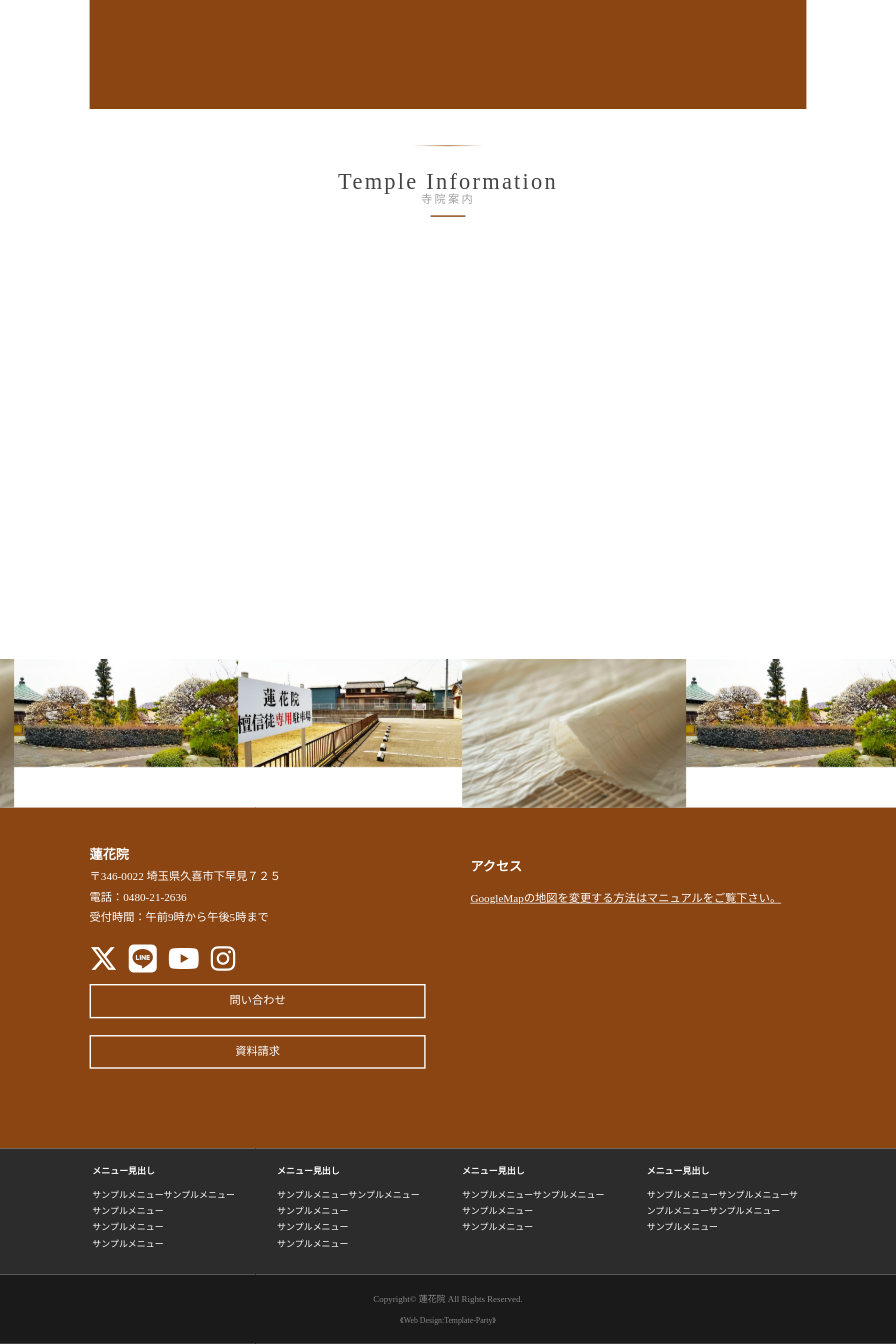
Repository: owl-onoueip/rengein-website
Page: index_en.html
These files come from the project's save history. The page is drawn as it stood at one moment and after the next save; the edit follows.
The browser window is 1280 px wide. The pictures show the part of the page from y = 2734 to 4654 px (the page is 4654 px tall), at 70% of full size.
Pictures or frames that could not be fetched are drawn as grey boxes. Some web fonts or font styles are not loaded; a fallback is used.

Above is the page before, as saved 2025-03-09 15:44:08.

### index_en.html
<!DOCTYPE html>
<html lang="en">

<head>
	<meta charset="UTF-8">
	<title>Renge-in Temple - Official Website</title>
	<meta name="viewport" content="width=device-width, initial-scale=1">
	<meta name="description" content="Welcome to Renge-in Temple, a place of peace and tradition.">
	<link rel="stylesheet" href="css/style.css">
</head>

<body class="home en">

	<div id="container">

		<header>

			<h1 id="logo">
				<a href="index_en.html"><img src="images/logo_yoko.png" alt="蓮花院"></a>
				<span class="small">Renge-in Temple</span>
			</h1>

			<div class="message">
				<p>Welcome to Renge-in Temple.</p>
				<p>Our temple has been<br>
					a place of spiritual comfort for the local community<br>
					since ancient times.</p>
				<p>We offer daily prayers and seasonal events<br>
					to bring peace to your heart.</p>
			</div>

			<!--メイン画像読み込み-->
			<aside id="mainimg">
			</aside>

			<ul class="lang">
				<li><a href="index_en.html">English</a></li>
			</ul>

		</header>

		<div id="contents">

			<main>

				<section>

					<h2>About Our Temple<span class="small">蓮花院について</span></h2>
					<p class="c">Renge-in Temple was established in the early Kamakura period (around 1190) and has a
						history of over 830 years.</p>

				</section>

				<section class="bg1">

					<h2>Annual Events<span class="small">年間行事</span></h2>

					<div class="list-grid1">

						<div class="list blur">
							<figure><a href="#"><img src="images/sample1.jpg" alt="Obon Festival"></a></figure>
							<div class="text">
								<h4>Obon Festival</h4>
								<p>From August 13th to 16th, we hold memorial services for ancestors. Please visit with
									your family for spirit altar decorations and grave visits.</p>
							</div>
							<p class="btn"><a href="#">See more</a></p>
						</div>

						<div class="list blur">
							<figure><a href="#"><img src="images/sample2.jpg" alt="Segaki Service"></a></figure>
							<div class="text">
								<h4>Segaki Service</h4>
								<p>On August 15th, we hold a memorial service for the souls of the deceased who have no
									living relatives to remember them and pray for world peace.</p>
							</div>
							<p class="btn"><a href="#">See more</a></p>
						</div>

						<div class="list blur">
							<figure><a href="#"><img src="images/sample3.jpg" alt="Monthly Memorial Service"></a>
							</figure>
							<div class="text">
								<h4>Monthly Memorial Service</h4>
								<p>On the 1st and 15th of each month, we hold memorial services for ancestors and pray
									for the health of your family.</p>
							</div>
							<p class="btn"><a href="#">See more</a></p>
						</div>

					</div>
					<!--/.list-grid1-->

				</section>

				<section>

					<h2>Temple Information<span class="small">寺院案内</span></h2>

					<div class="list-grid1">

						<div class="list blur">
							<figure><a href="#"><img src="images/sample1.jpg" alt="Temple Services"></a></figure>
							<div class="text">
								<h4>Temple Services</h4>
								<p>We offer various services including memorial services for ancestors and prayers for
									family health. Please feel free to contact us.</p>
							</div>
							<p class="btn"><a href="#">See more</a></p>
						</div>

						<div class="list blur">
							<figure><a href="#"><img src="images/sample2.jpg" alt="Temple Grounds"></a></figure>
							<div class="text">
								<h4>Temple Grounds</h4>
								<p>Our temple grounds include the main hall, pagoda, bell tower, and garden. Enjoy the
									peaceful atmosphere surrounded by nature throughout the seasons.</p>
							</div>
							<p class="btn"><a href="#">See more</a></p>
						</div>

						<div class="list blur">
							<figure><a href="#"><img src="images/sample3.jpg" alt="Access Information"></a></figure>
							<div class="text">
								<h4>Access Information</h4>
								<p>Located in Kuki City, Saitama Prefecture. 20 minutes walk from Kuki Station on the
									Tobu Isesaki Line, or 10 minutes by car from Kuki IC on the Tohoku Expressway.</p>
							</div>
							<p class="btn"><a href="#">See more</a></p>
						</div>

					</div>
					<!--/.list-grid1-->

				</section>

			</main>

		</div>
		<!--/#contents-->

	</div>
	<!--/#container-->

	<section>

		<h2 class="dn">Gallery</h2>

		<div class="thumbnail-slide">
			<a href="#"><img src="images/sample1.jpg" alt="Temple Main Hall"></a>
			<a href="#"><img src="images/sample2.jpg" alt="Temple Garden"></a>
			<a href="#"><img src="images/sample3.jpg" alt="Temple Bell"></a>
			<a href="#"><img src="images/sample1.jpg" alt="Temple Pagoda"></a>
			<a href="#"><img src="images/sample2.jpg" alt="Cherry Blossoms"></a>
			<a href="#"><img src="images/sample3.jpg" alt="Autumn Leaves"></a>
		</div>

	</section>

	<div id="footer-contents">

		<div class="left">

			<h3>蓮花院</h3>
			<p>〒346-0022 埼玉県久喜市下早見７２５<br>
				電話：0480-21-2636<br>
				受付時間：午前9時から午後5時まで</p>

			<ul class="icons">
				<li><a href="#"><i class="fa-brands fa-x-twitter"></i></a></li>
				<li><a href="#"><i class="fab fa-line"></i></a></li>
				<li><a href="#"><i class="fab fa-youtube"></i></a></li>
				<li><a href="#"><i class="fab fa-instagram"></i></a></li>
			</ul>

			<p class="btn"><a href="contact.html">問い合わせ</a></p>
			<p class="btn"><a href="contact.html">資料請求</a></p>

		</div>
		<!--/.left-->

		<div class="right">

			<h3>アクセス</h3>
			<p><a href="https://template-party.com/file/pickup_googlemap.html">GoogleMapの地図を変更する方法はマニュアルをご覧下さい。</a></p>
			<div class="iframe-box">
				<iframe
					src="https://www.google.com/maps/embed?pb=!1m18!1m12!1m3!1d3241.0448418561778!2d139.74267721573196!3d35.675897837870934!2m3!1f0!2f0!3f0!3m2!1i1024!2i768!4f13.1!3m3!1m2!1s0x60188b89b2e1c8b1%3A0x59a123e3d5ac5ab6!2z44CSMTAwLTAwMTQg5p2x5Lqs6YO95Y2D5Luj55Sw5Yy65rC455Sw55S677yR5LiB55uu77yX4oiS77yR!5e0!3m2!1sja!2sjp!4v1545036128899"
					frameborder="0" style="border:0" allowfullscreen></iframe>
			</div>

		</div>
		<!--/.right-->

	</div>
	<!--/#footer-contents-->

	<div id="footermenu">
		<ul>
			<li class="title">メニュー見出し</li>
			<li><a href="#">サンプルメニューサンプルメニュー</a></li>
			<li><a href="#">サンプルメニュー</a></li>
			<li><a href="#">サンプルメニュー</a></li>
			<li><a href="#">サンプルメニュー</a></li>
		</ul>
		<ul>
			<li class="title">メニュー見出し</li>
			<li><a href="#">サンプルメニューサンプルメニュー</a></li>
			<li><a href="#">サンプルメニュー</a></li>
			<li><a href="#">サンプルメニュー</a></li>
			<li><a href="#">サンプルメニュー</a></li>
		</ul>
		<ul>
			<li class="title">メニュー見出し</li>
			<li><a href="#">サンプルメニューサンプルメニュー</a></li>
			<li><a href="#">サンプルメニュー</a></li>
			<li><a href="#">サンプルメニュー</a></li>
		</ul>
		<ul>
			<li class="title">メニュー見出し</li>
			<li><a href="#">サンプルメニューサンプルメニューサンプルメニューサンプルメニュー</a></li>
			<li><a href="#">サンプルメニュー</a></li>
		</ul>
	</div>
	<!--/#footermenu-->

	<footer>
		<small>Copyright&copy; <a href="index.html">蓮花院</a> All Rights Reserved.</small>
		<span class="pr"><a href="https://template-party.com/" target="_blank">《Web Design:Template-Party》</a></span>
	</footer>

	<!--ページの上部へ戻るボタン-->
	<div class="pagetop"><a href="#"><i class="fas fa-angle-double-up"></i></a></div>

	<!--開閉ボタン（ハンバーガーアイコン）-->
	<div id="menubar_hdr">
		<div class="menu-icon">
			<span></span><span></span>
		</div>
	</div>

	<!--開閉ブロック-->
	<div id="menubar">

		<nav>
			<ul>
				<li><a href="index_en.html">Home</a></li>
				<li><a href="#">About This Site</a></li>
				<li><a href="#">Crafts List</a>
					<ul>
						<li><a href="#">Crafts List1</a></li>
						<li><a href="#">Crafts List2</a></li>
						<li><a href="#">Crafts List3</a></li>
					</ul>
				</li>
				<li><a href="#">Featured Artisans</a></li>
			</ul>
		</nav>

	</div>
	<!--/#menubar-->

	<!--jQueryの読み込み-->
	<script src="https://ajax.googleapis.com/ajax/libs/jquery/3.6.0/jquery.min.js"></script>

	<!--スライドショー（slick）-->
	<script src="https://cdn.jsdelivr.net/npm/slick-carousel@1.8.1/slick/slick.min.js"></script>
	<script src="js/slick.js"></script>

	<!--パララックス（inview）-->
	<script src="https://cdnjs.cloudflare.com/ajax/libs/protonet-jquery.inview/1.1.2/jquery.inview.min.js"></script>
	<script src="js/jquery.inview_set.js"></script>

	<!--このテンプレート専用のスクリプト-->
	<script src="js/main.js"></script>

</body>

</html>

### css/inview.css
@charset "utf-8";



/*up,down,transform1,transform2の共通設定
（待機中の設定）
---------------------------------------------------------------------------*/
.up, .down, .transform1, .transform2 {
	position: relative;
	opacity: 0;		/*透明度（透明の状態）*/
}


/*up,down,transform1,transform2の共通設定
（要素が見えたら実行するアクションの設定）
---------------------------------------------------------------------------*/
.upstyle, .downstyle, .transform1style, .transform2style {
	opacity: 1;				/*透明度（色が100%出た状態）*/
	transition: 1s 0.5s;	/*1sはアニメーションの実行時間1.5秒。0.5sは0.5秒遅れてスタートする指定。*/
}


/*upスタイル。下から上にフェードインしてくるスタイル
---------------------------------------------------------------------------*/
/*待機中の設定*/
.up {
	bottom: -20px;	/*基準値の下20pxの場所からスタート*/
}

/*要素が見えたら実行するアクション*/
.upstyle {
	bottom: 0px;	/*基準値まで戻す*/
}


/*downスタイル。上から下にフェードインしてくるスタイル
---------------------------------------------------------------------------*/
/*待機中の設定*/
.down {
	top: -20px;	/*基準値の上20pxの場所からスタート*/
}

/*要素が見えたら実行するアクション*/
.downstyle {
	top: 0px;	/*基準値まで戻す*/
}


/*transform1スタイル。その場で回転するスタイル
---------------------------------------------------------------------------*/
/*待機中の設定*/
.transform1 {
	transform: scaleX(0);	/*幅を0%でスタート*/
}

/*要素が見えたら実行するアクション*/
.transform1style {
	transform: scaleX(1);	/*幅を100%に戻す*/
}


/*transform2スタイル。倒れた状態から起き上がるスタイル
---------------------------------------------------------------------------*/
/*待機中の設定*/
.transform2 {
	transform: perspective(400px) translateZ(-70px) rotateX(50deg);
}

/*要素が見えたら実行するアクション*/
.transform2style {
	transform: perspective(400px) translateZ(0px) rotateX(0deg);
}


/*blurスタイル。ぼかしで出現するスタイル。
---------------------------------------------------------------------------*/
/*待機中の設定*/
.blur {
	opacity: 0;	/*透明度（透明の状態）*/
	filter: blur(30px);
	transform: scale(1.03);
}

/*要素が見えたら実行するアクション*/
.blurstyle {
	opacity: 1;
	filter: blur(0);
	transform: scale(1);
	transition: 1s 0.5s;
}


/*transform3スタイル。小さなサイズから原寸大になるスタイル
---------------------------------------------------------------------------*/
/*キーフレーム（アニメーション）設定*/
@keyframes transform3 {
0% {
	transform: scale(0);
}
50% {
	transform: scale(1.05);
}
70% {
	transform: scale(0.99);
}
100% {
	transform: scale(1);
}
}

/*待機中の設定*/
.transform3 {
	transform: scale(0);
}

/*要素が見えたら実行するアクション*/
.transform3style {
	animation: transform3 0.8s ease-out 0.5s both;
}

Loaded but not shown: js/main.js (54 lines, source omitted); js/jquery.inview_set.js (36 lines, source omitted); js/slick.js (31 lines, source omitted); css/style.css (1465 lines, source omitted)

After the next save:
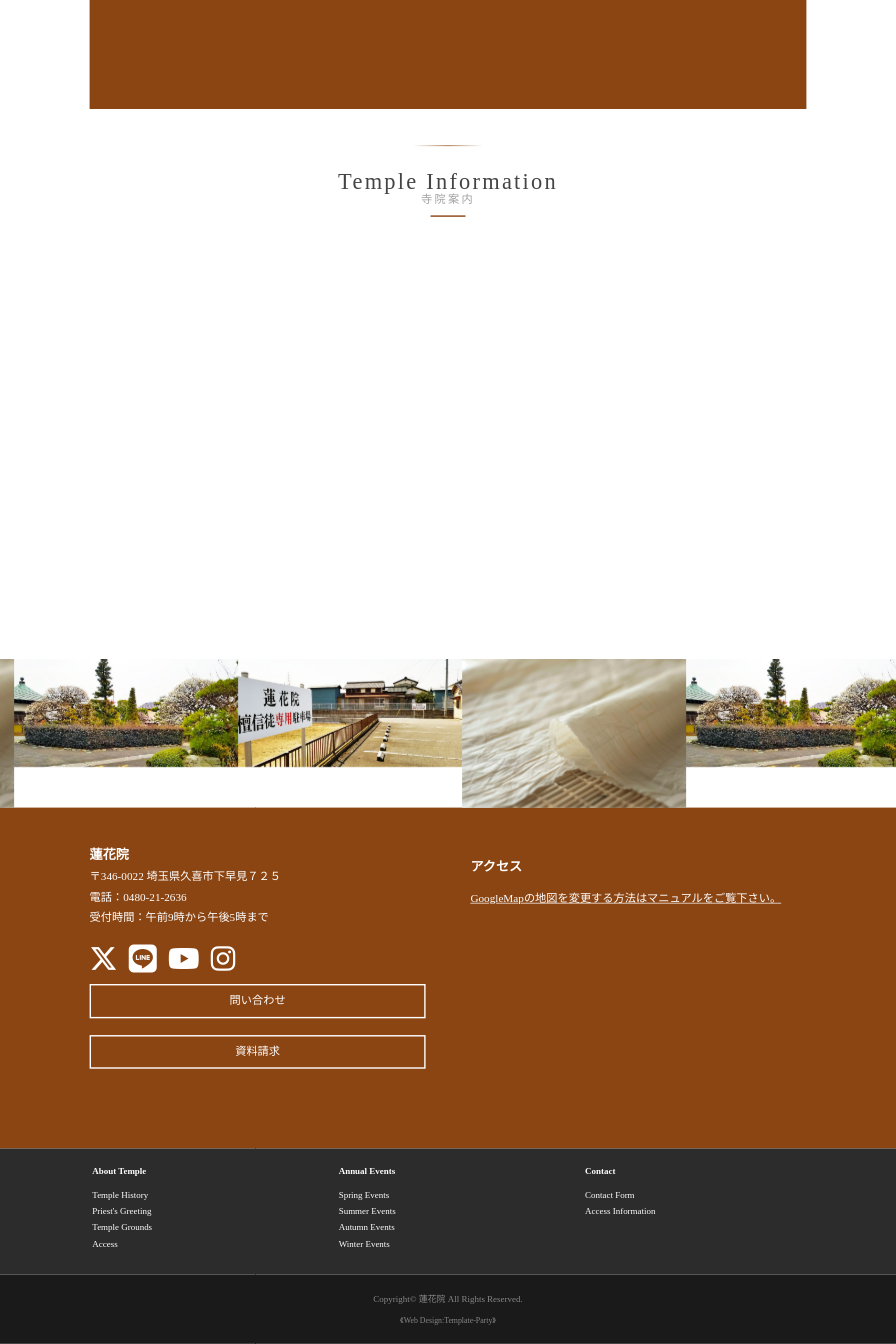
Saved 21 s later.
--- a/index_en.html
+++ b/index_en.html
@@ -197,29 +197,23 @@
 
 	<div id="footermenu">
 		<ul>
-			<li class="title">メニュー見出し</li>
-			<li><a href="#">サンプルメニューサンプルメニュー</a></li>
-			<li><a href="#">サンプルメニュー</a></li>
-			<li><a href="#">サンプルメニュー</a></li>
-			<li><a href="#">サンプルメニュー</a></li>
+			<li class="title">About Temple</li>
+			<li><a href="about.html#history">Temple History</a></li>
+			<li><a href="about.html#message">Priest's Greeting</a></li>
+			<li><a href="about.html#temple-grounds">Temple Grounds</a></li>
+			<li><a href="about.html#access">Access</a></li>
 		</ul>
 		<ul>
-			<li class="title">メニュー見出し</li>
-			<li><a href="#">サンプルメニューサンプルメニュー</a></li>
-			<li><a href="#">サンプルメニュー</a></li>
-			<li><a href="#">サンプルメニュー</a></li>
-			<li><a href="#">サンプルメニュー</a></li>
+			<li class="title">Annual Events</li>
+			<li><a href="events.html#spring">Spring Events</a></li>
+			<li><a href="events.html#summer">Summer Events</a></li>
+			<li><a href="events.html#autumn">Autumn Events</a></li>
+			<li><a href="events.html#winter">Winter Events</a></li>
 		</ul>
 		<ul>
-			<li class="title">メニュー見出し</li>
-			<li><a href="#">サンプルメニューサンプルメニュー</a></li>
-			<li><a href="#">サンプルメニュー</a></li>
-			<li><a href="#">サンプルメニュー</a></li>
-		</ul>
-		<ul>
-			<li class="title">メニュー見出し</li>
-			<li><a href="#">サンプルメニューサンプルメニューサンプルメニューサンプルメニュー</a></li>
-			<li><a href="#">サンプルメニュー</a></li>
+			<li class="title">Contact</li>
+			<li><a href="contact.html#form">Contact Form</a></li>
+			<li><a href="contact.html#access">Access Information</a></li>
 		</ul>
 	</div>
 	<!--/#footermenu-->
@@ -245,15 +239,15 @@
 		<nav>
 			<ul>
 				<li><a href="index_en.html">Home</a></li>
-				<li><a href="#">About This Site</a></li>
-				<li><a href="#">Crafts List</a>
+				<li><a href="about.html">About Temple</a></li>
+				<li><a href="events.html">Annual Events</a>
 					<ul>
-						<li><a href="#">Crafts List1</a></li>
-						<li><a href="#">Crafts List2</a></li>
-						<li><a href="#">Crafts List3</a></li>
+						<li><a href="events.html#spring">Spring Events</a></li>
+						<li><a href="events.html#summer">Summer Events</a></li>
+						<li><a href="events.html#autumn">Autumn Events</a></li>
 					</ul>
 				</li>
-				<li><a href="#">Featured Artisans</a></li>
+				<li><a href="contact.html">Contact</a></li>
 			</ul>
 		</nav>
 
